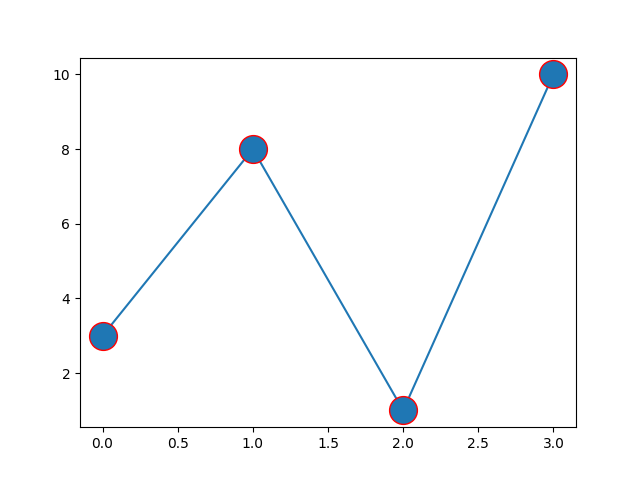
Repository: rupeshkofficial/Python-Code
Script's output: python MATPLOTLIB/3_matplotlibmarkers.py
An editor plug-in stored every save of this project. The script's output is shown before and after the next save, followed by the edit.
Random numbers start from a fixed seed.

Above is the script's output before, as saved 2024-05-22 15:02:32.

After the next save:
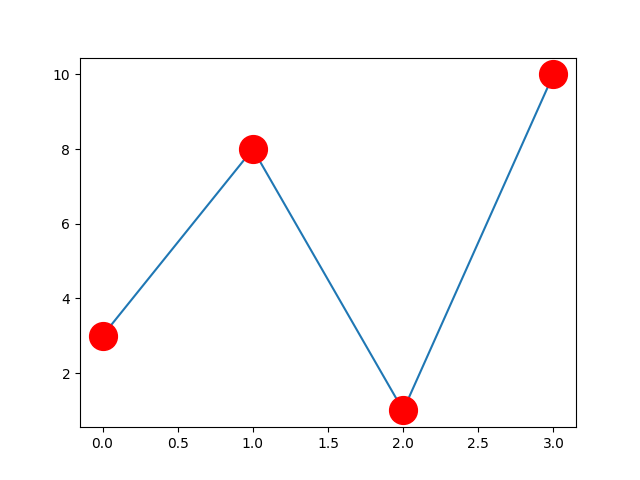
Saved 26 s later.
--- a/MATPLOTLIB/3_matplotlibmarkers.py
+++ b/MATPLOTLIB/3_matplotlibmarkers.py
@@ -25,5 +25,5 @@
 import matplotlib.pyplot as plt
 import numpy as np
 ypoints = np.array([3,8,1,10])
-plt.plot(ypoints, marker = 'o', ms = 20, mec = 'r')
+plt.plot(ypoints, marker = 'o', ms = 20, mec = 'r', mfc = 'r')
 plt.show()
